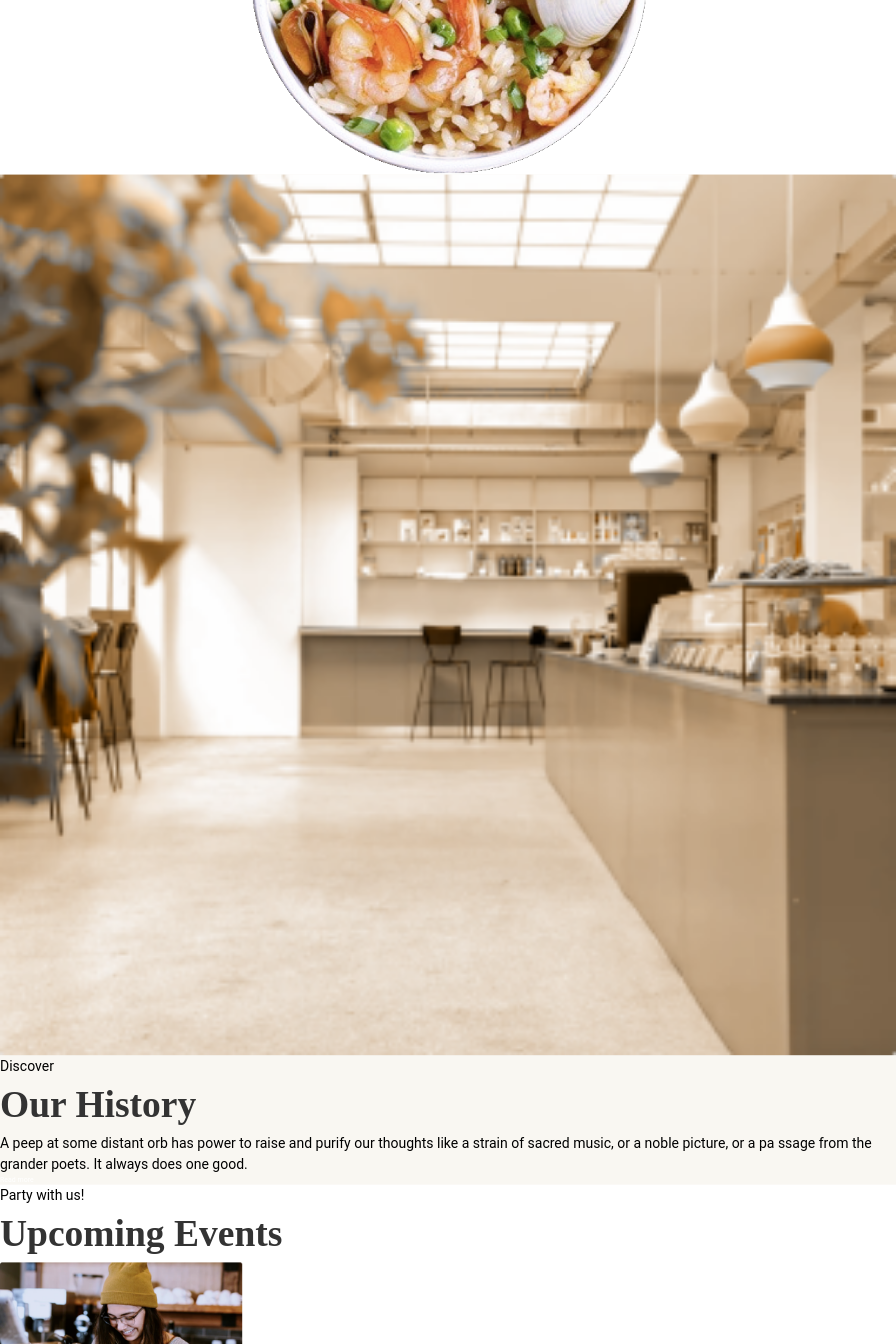
Repository: murilopellis-12/Tailwind-Prova
Page: index.html
These files come from the project's save history. The page is drawn as it stood at one moment and after a run of saves; the edit follows.
The browser window is 1280 px wide. The pictures show the part of the page from y = 768 to 2688 px (the page is 5821 px tall before and 4568 px after), at 70% of full size.

Above is the page before, as saved 2026-10-26 21:21:24.
Not found: style.css

### index.html
<!doctype html>
<html lang="pt-BR">
  <head>
    <meta charset="UTF-8" />
    <meta name="viewport" content="width=device-width, initial-scale=1.0" />
    <title>PROVA FRONT-END</title>
    <script src="https://cdn.jsdelivr.net/npm/@tailwindcss/browser@4"></script>
    <style type="text/tailwindcss">
      @theme {
        --espaco-pequeno: clamp(
          1.5rem,
          calc(-2.725rem + 11.268vw),
          13.5rem
        ); /* min: 15px, max: 135px */
        --padding-topo: clamp(8rem, calc(5.183rem + 7.512vw), 16rem);

        /*Cores*/
        --cor-primaria: #333;
        --cor-secundaria: #f9f7f2;
        --cor-terciaria: #fff;
        --complementar-roxo: #6327eb;
        --borda-menu: rgba(255, 255, 255, 0.3);
        --paragrafos-claros: rgba(51, 51, 51, 0.5);
        --borda-formulario: #dadada;
      }

      html {
        font-size: 62.5%;
      }

      * {
        margin: 0;
        padding: 0;
        box-sizing: border-box;
      }

      h1 {
        font-size: clamp(
          5.6rem,
          calc(5.037rem + 1.502vw),
          7.2rem
        ); /* min: 56px, max: 72px */
        color: var(--cor-terciaria);
        font-weight: bold;
        font-family: "PT Serif";
      }

      h2 {
        font-size: clamp(
          4rem,
          calc(3.437rem + 1.502vw),
          5.6rem
        ); /* min: 40px, max: 56px */
        font-family: "PT Serif";
        font-weight: bold;
        color: var(--cor-primaria);
      }

      h3 {
        font-size: 4rem;
        font-family: "PT Serif";
        font-weight: bold;
      }

      p {
        font-family: "Roboto";
        font-size: 2rem;
      }

      button {
        font-family: "Roboto";
        color: var(--cor-terciaria);
        font-weight: normal;
        border-radius: 5px;
      }
    </style>
    <link rel="stylesheet" href="style.css" />
  </head>

  <body>
    <header class="header-principal bg-[linear-gradient(rgba(51,51,51,0.9),_rgba(51,51,51,0.9)),_url('img/imagem-fundo.png')] bg-cover bg-center w-[100%] h-auto p-[1.6rem_var(--espaco-pequeno)_clamp(5rem,calc(3.592rem+3.756vw),9rem)_var(--espaco-pequeno)]
    flex flex-col gap-[clamp(4.3rem,calc(2.645rem+4.413vw),9rem)]">
      <div class="conteudo-header flex justify-between w-[100%] items-center">
        <div>
          <a aria-label="redireciona para o início" id="ancora-header" href="#"
            class="text-[4rem] no-underline text-[var(--cor-terciaria)] font-bold">REST</a
          >
        </div>
        <div class="menu-hamburguer-div">
          <button id="botao-menu-hamburguer" class="w-[4.8rem] h-[4.8rem] rounded-[50%] border border-solid border-[var(--borda-menu)] bg-transparent">
            <img
              src="img/menu-hamburguer.png"
              alt="menu hamburguer do header"
            />
          </button>
        </div>
        <nav class="navegacao-header-desktop hidden">
          <ul class="flex flex-row gap-[3.2rem] justify-evenly">
            <li class="list-none text-[2rem] font-light text-[var(--cor-terciaria)] no-underline"><a class="list-none text-[2rem] font-light text-[var(--cor-terciaria)] no-underline" aria-label="abre Sobre" href="">About Us</a></li>
            <li class="list-none text-[2rem] font-light text-[var(--cor-terciaria)] no-underline"><a class="list-none text-[2rem] font-light text-[var(--cor-terciaria)] no-underline" aria-label="abre Menu" href="">Menu</a></li>
            <li class="list-none text-[2rem] font-light text-[var(--cor-terciaria)] no-underline"><a class="list-none text-[2rem] font-light text-[var(--cor-terciaria)] no-underline" aria-label="abre Eventos" href="">Events</a></li>
            <li class="list-none text-[2rem] font-light text-[var(--cor-terciaria)] no-underline"><a class="list-none text-[2rem] font-light text-[var(--cor-terciaria)] no-underline" aria-label="abre Notícias" href="">News</a></li>
            <li class="list-none text-[2rem] font-light text-[var(--cor-terciaria)] no-underline"><a class="list-none text-[2rem] font-light text-[var(--cor-terciaria)] no-underline" aria-label="abre contatos" href="">Contact</a></li>
          </ul>
        </nav>
        <div class="desktop-div-redes-sociais hidden">
          <nav class="navegacao-redes-sociais-header flex gap-[0.8rem]">
            <a aria-label="abre Facebook" class="circulos-navegacao w-[4.8rem] h-[4.8rem] rounded-[50%] border border-solid border-[var(--borda-menu)] flex justify-center items-center" href=""
              ><img src="img/facebook.png" alt="logo do Facebook"
            /></a>
            <a aria-label="abre Twitter" class="circulos-navegacao" href=""
              ><img
                class="logo-twitter-ancora"
                src="img/twitter.png"
                alt="logo do Twitter"
            /></a>
            <a aria-label="abre Instagram" class="circulos-navegacao" href=""
              ><img src="img/instagram.png" alt="logo do Instagram"
            /></a>
          </nav>
        </div>
      </div>
      <div class="div-agrupar-conteudo-hero flex flex-col gap-[clamp(3.6rem,calc(1.982rem+4.314vw),6.4rem)]">
        <div class="conteudo-hero h-auto flex flex-col justify-center gap-[4rem]">
          <h1 id="h1-pagina-principal">Welcome to our restaurant</h1>
          <p id="horario-funcionamento-hero" class="text-[2.4rem] font-light text-[var(--cor-terciaria)]">Everyday 8:00 am - 23:00 pm</p>
          <div class="botoes-hero grid grid-cols-[1fr_1fr] gap-[clamp(0.6rem,calc(-0.245rem+2.254vw),3rem)] h-auto w-[100%] max-w-[345px]">
            <button
              aria-label="abre a reserva de mesa"
              class="botoes-hero-class p-[1.2rem_0] text-[var(--cor-terciaria)] text-[1.8rem] max-w-[170px] border-0 bg-[var(--complementar-roxo)]"
              id="botao-livro-mesa"
            >
              Book a table
            </button>
            <button
              aria-label="abre o menu"
              class="botoes-hero-class p-[1.2rem_0] text-[var(--cor-terciaria)] text-[1.8rem] max-w-[170px] border-0 bg-[var(--complementar-roxo)] border border-solid border-[var(--borda-menu)]"
              id="botao-ver-menu"
            >
              See menu
            </button>
          </div>
        </div>
        <div class="div-imagem-hero w-auto h-auto flex justify-center">
          <img
            class="w-[100%] max-w-[570px] h-auto"
            id="imagem-sopa-hero"
            src="img/sopa.png"
            alt="imagem de uma sopa"
          />
        </div>
      </div>
    </header>
    <main>
      <section class="secao-nossa-historia p-[clamp(8rem,calc(5.183rem+7.512vw),16rem)_var(--espaco-pequeno)] bg-[var(--cor-secundaria)]">
        <div class="conteudo-nossa-historia">
          <div class="div-imagem-nossa-historia">
            <img
              src="img/nossa-historia-imagem.png"
              alt="imagem de uma cozinha"
              class="w-[100%] h-auto p-[0_3rem] object-cover"
            />
          </div>
          <div class="nossa-historia-texto">
            <p class="categorias-site" id="categoria-descobrir">Discover</p>
            <h2 id="nossa-historia-h2">Our History</h2>
            <p class="paragrafos-site">
              A peep at some distant orb has power to raise and purify our
              thoughts like a strain of sacred music, or a noble picture, or a
              pa ssage from the grander poets. It always does one good.
            </p>
            <div class="div-botao-ler-mais">
              <button aria-label="abre o Ler Mais" id="botao-ler-mais-historia">
                Read more
              </button>
            </div>
          </div>
        </div>
      </section>
      <section class="secao-eventos-futuros">
        <div class="titulos-secao-eventos-futuros">
          <p id="paragrafo-titulo-eventos-futuros">Party with us!</p>
          <h2 id="h2-titulo-eventos-futuros">Upcoming Events</h2>
        </div>
        <div class="forma-eventos-futuros">
          <div class="imagem-evento-futuro">
            <img
              id="imagem-mulher-fazendo-cafe"
              src="img/mulher-fazendo-cafe.png"
              alt="mulher fazendo café em uma máquina"
            />
          </div>
          <div class="conteudo-escrito-eventos">
            <p class="categorias-site" id="categoria-futuro">Upcoming</p>
            <h3>Coffe Night</h3>
            <p id="data-eventos-futuros">25 september, 2019</p>
            <p class="paragrafos-site">
              Apparently we had reached a great height in the atmosphere, for
              the sky was a dead black, and the stars had ceased to twinkle.
            </p>
            <div class="div-botao-ler-mais">
              <button
                aria-label="redireciona a reserva de mesa"
                id="botao-reservar-mesa"
              >
                Book a table
              </button>
            </div>
          </div>
          <div class="proxima-pagina">
            <button id="seta-proxima-pagina">
              <img
                src="img/flecha-proxima.png"
                alt="ícone de flecha que guia para outra página"
              />
            </button>
          </div>
        </div>
      </section>
      <section class="secao-galeria-fotos">
        <div class="titulos-secao-galeria-fotos">
          <p id="paragrafo-titulo-galeria">Gallery</p>
          <h2 id="h2-titulo-galeria">Our Interior</h2>
        </div>
        <div class="imagens-galeria">
          <img
            class="imagens-da-galeria"
            src="img/galeria/salmao.png"
            alt="prato com temperos e salmão"
          />
          <img
            class="imagens-da-galeria"
            src="img/galeria/pratos.png"
            alt="pratos preparados com diversos alimentos"
          />
          <img
            class="imagens-da-galeria"
            src="img/galeria/mesas-cadeiras.png"
            alt="mesas preparadas com diversas cadeiras"
          />
          <img
            class="imagens-da-galeria"
            src="img/galeria/mesa-individual.png"
            alt="uma unidade de mesa com lugar para 4 pessoas"
          />
          <img
            class="imagens-da-galeria"
            src="img/galeria/mesa-com-garcom.png"
            alt="mesas e cadeiras sendo organizados por uma garçom"
          />
          <img
            class="imagens-da-galeria"
            src="img/galeria/mesa-preparada.png"
            alt="mesa com talheres e guardanapos postos e preparados"
          />
        </div>
      </section>
      <section class="secao-sobre-nos">
        <div class="titulos-secao-sobre-nos">
          <p class="categorias-site" id="paragrafo-titulo-sobre-nos">Press</p>
          <h2 id="h2-titulo-sobre-nos">About Us</h2>
        </div>
        <div class="cartoes-conjunto">
          <div class="cartoes-autoras" id="autora-york-times">
            <img
              class="logo-titulo"
              src="img/the-new-york-logo.png"
              alt="logo do The New York Times"
            />
            <p class="citacao-autora">
              "Apparently we had reached a great height in the atmosphere, for
              the sky was a dead black, and the stars had ceased to twinkle. By
              the same illusion which lifts the horizon of the sea to the
              level."
            </p>
            <p class="nome-autora-rodape">The New York Times</p>
          </div>
          <div class="cartoes-autoras" id="autora-the-guardian">
            <img
              class="logo-titulo"
              src="img/the-guardian-logo.png"
              alt="logo do The Guardian"
            />
            <p class="citacao-autora">
              "Apparently we had reached a great height in the atmosphere, for
              the sky was a dead black, and the stars had ceased to twinkle. By
              the same illusion which lifts the horizon of the sea to the
              level."
            </p>
            <p class="nome-autora-rodape">The Guardian</p>
          </div>
          <div class="cartoes-autoras" id="autora-wall-street">
            <img
              class="logo-titulo"
              src="img/wall-street-jornal-logo.png"
              alt="logo do Wall Street Jornal"
            />
            <p class="citacao-autora">
              "Apparently we had reached a great height in the atmosphere, for
              the sky was a dead black, and the stars had ceased to twinkle. By
              the same illusion which lifts the horizon of the sea to the
              level."
            </p>
            <p class="nome-autora-rodape">The Wall Street Jornal</p>
          </div>
        </div>
      </section>
      <section class="secao-reservar-mesa">
        <div class="area-reserva-mesa">
          <div>
            <p class="categorias-site" id="paragrafo-titulo-reserva">Reserve</p>
            <h2 id="h2-titulo-reserva-mesa">A Table</h2>
          </div>
          <form action="#" class="formulario-reserva-mesa">
            <div
              class="campos-preencher-formulario-reserva"
              id="formulario-campo-data"
            >
              <label for="data">DATE</label>
              <input
                type="text"
                id="data"
                name="data"
                placeholder="9/26/2019"
              />
            </div>
            <div
              class="campos-preencher-formulario-reserva"
              id="formulario-campo-tempo"
            >
              <label for="hora">TIME</label>
              <input type="text" name="hora" id="hora" placeholder="7:00 pm" />
            </div>
            <div
              class="campos-preencher-formulario-reserva"
              id="formulario-campo-visitantes"
            >
              <label for="numero-pessoas">GUESTS</label>
              <input
                type="number"
                name="numero-pessoas"
                id="numero-pessoas"
                placeholder="2 people"
              />
            </div>
            <div id="formulario-campo-envio">
              <button
                aria-label="redireciona para reserva de mesa"
                id="botao-envio-reserva"
                type="submit"
              >
                Find a table
              </button>
            </div>
          </form>
        </div>
        <div class="div-imagem-secao-reserva">
          <img src="img/mesa-organizada.png" alt="mesa organizada" />
        </div>
      </section>
    </main>
    <footer class="footer-principal">
      <div>
        <h3 id="h3-rodape-pagina">REST</h3>
      </div>
      <nav class="navegacao-rodape">
        <ul>
          <li>About Us</li>
          <li>Menu</li>
          <li>Events</li>
          <li>News</li>
          <li>Contact</li>
        </ul>
      </nav>
      <nav class="redes-sociais-rodape-botoes">
        <a aria-label="abre Facebook" class="circulos-navegacao" href=""
          ><img src="img/facebook.png" alt="logo do Facebook"
        /></a>
        <a aria-label="abre Twitter" class="circulos-navegacao" href=""
          ><img
            class="logo-twitter-ancora"
            src="img/twitter.png"
            alt="logo do Twitter"
        /></a>
        <a aria-label="abre Instagram" class="circulos-navegacao" href=""
          ><img src="img/instagram.png" alt="logo do Instagram"
        /></a>
      </nav>
      <div class="direitos-reservados-rodape">
        <p id="paragrafo-direitos-reservados">
          2019 Restaurant. All Rights Reserved.
        </p>
      </div>
    </footer>
  </body>
</html>

After the next 2 saves:
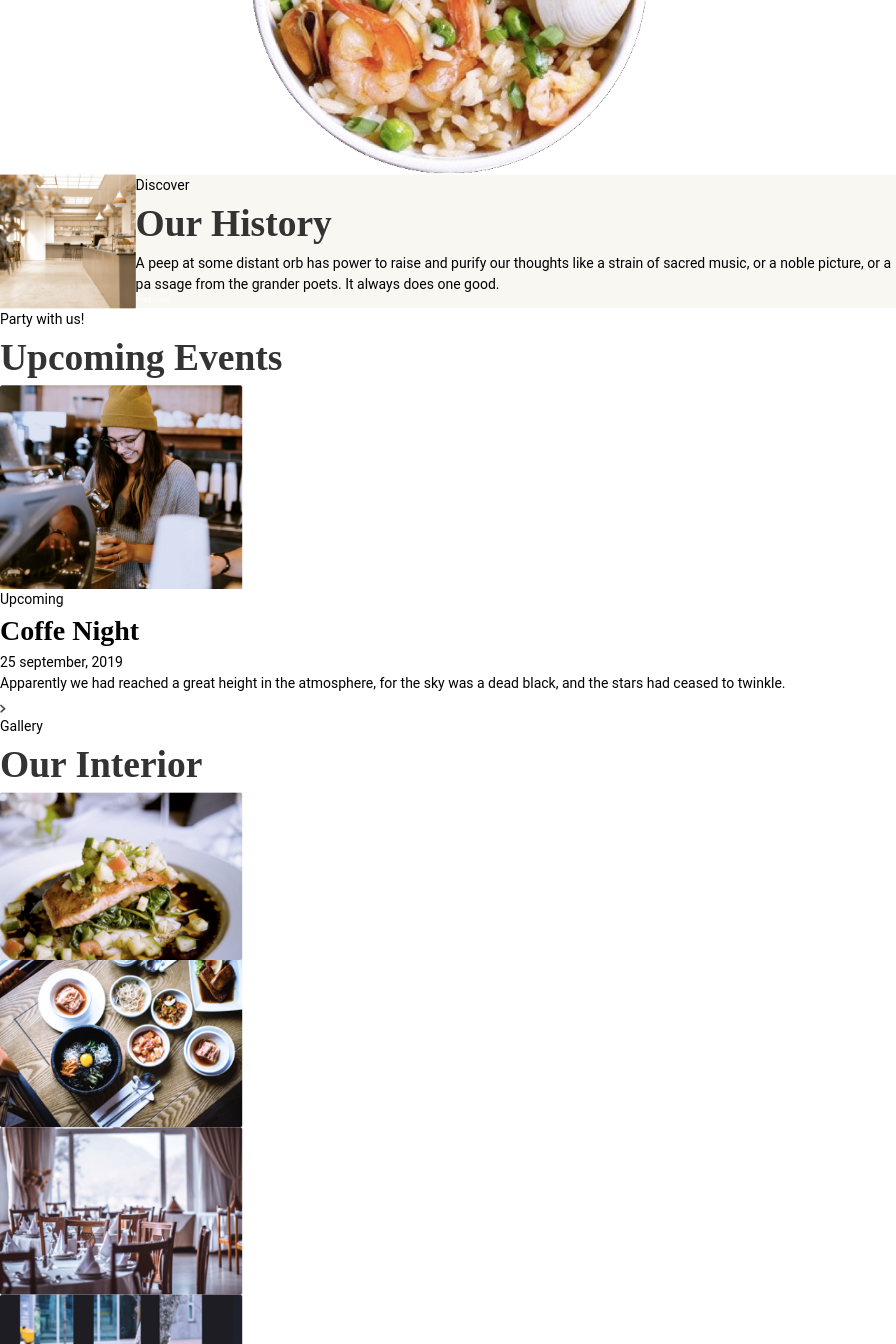
The 2 saves are shown as one change because they came seconds apart.
The last was saved 25 s later.
--- a/index.html
+++ b/index.html
@@ -153,7 +153,7 @@
     </header>
     <main>
       <section class="secao-nossa-historia p-[clamp(8rem,calc(5.183rem+7.512vw),16rem)_var(--espaco-pequeno)] bg-[var(--cor-secundaria)]">
-        <div class="conteudo-nossa-historia">
+        <div class="conteudo-nossa-historia flex ">
           <div class="div-imagem-nossa-historia">
             <img
               src="img/nossa-historia-imagem.png"

After the save that followed:
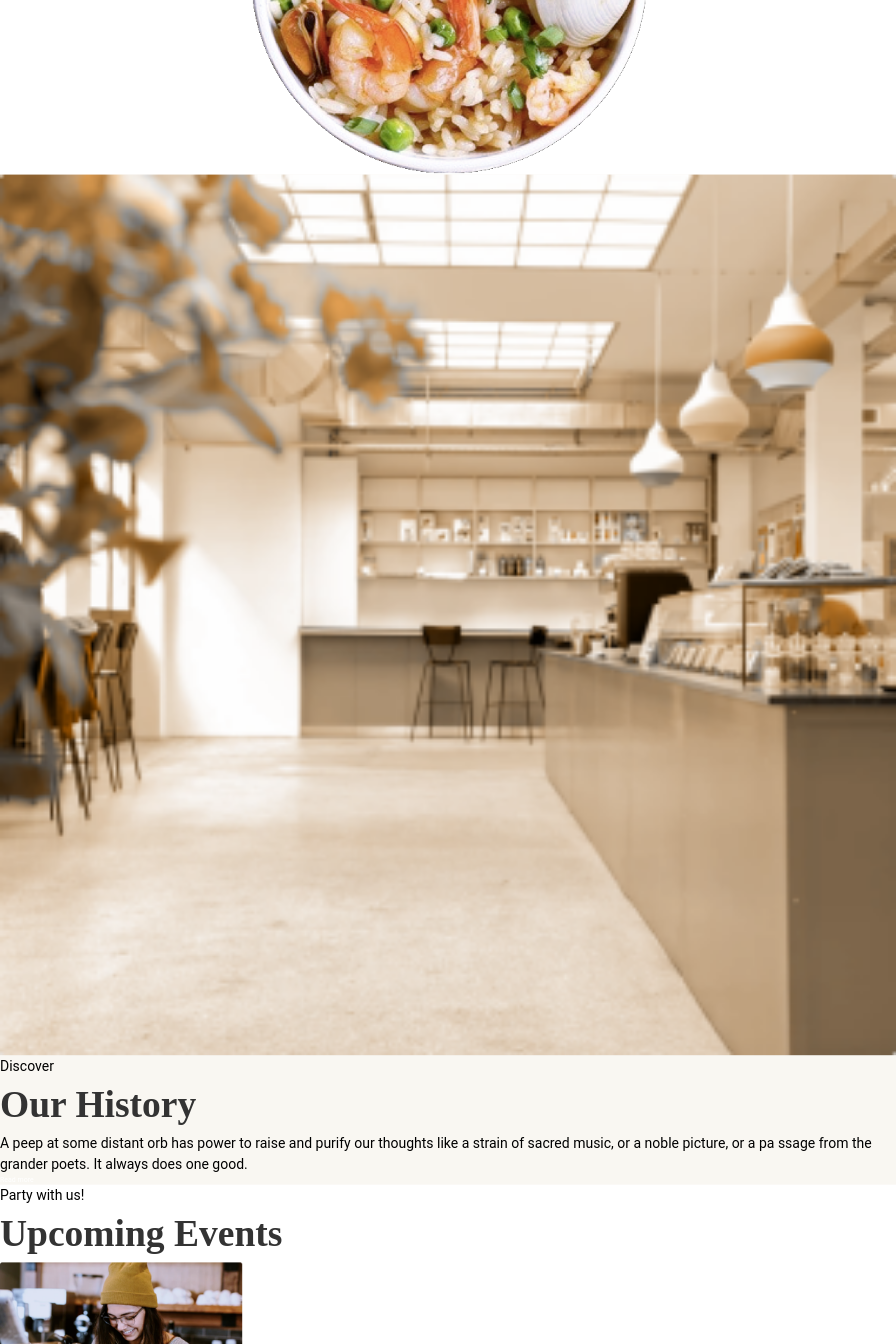
Saved 5 s later.
--- a/index.html
+++ b/index.html
@@ -153,7 +153,7 @@
     </header>
     <main>
       <section class="secao-nossa-historia p-[clamp(8rem,calc(5.183rem+7.512vw),16rem)_var(--espaco-pequeno)] bg-[var(--cor-secundaria)]">
-        <div class="conteudo-nossa-historia flex ">
+        <div class="conteudo-nossa-historia flex flex-col">
           <div class="div-imagem-nossa-historia">
             <img
               src="img/nossa-historia-imagem.png"
